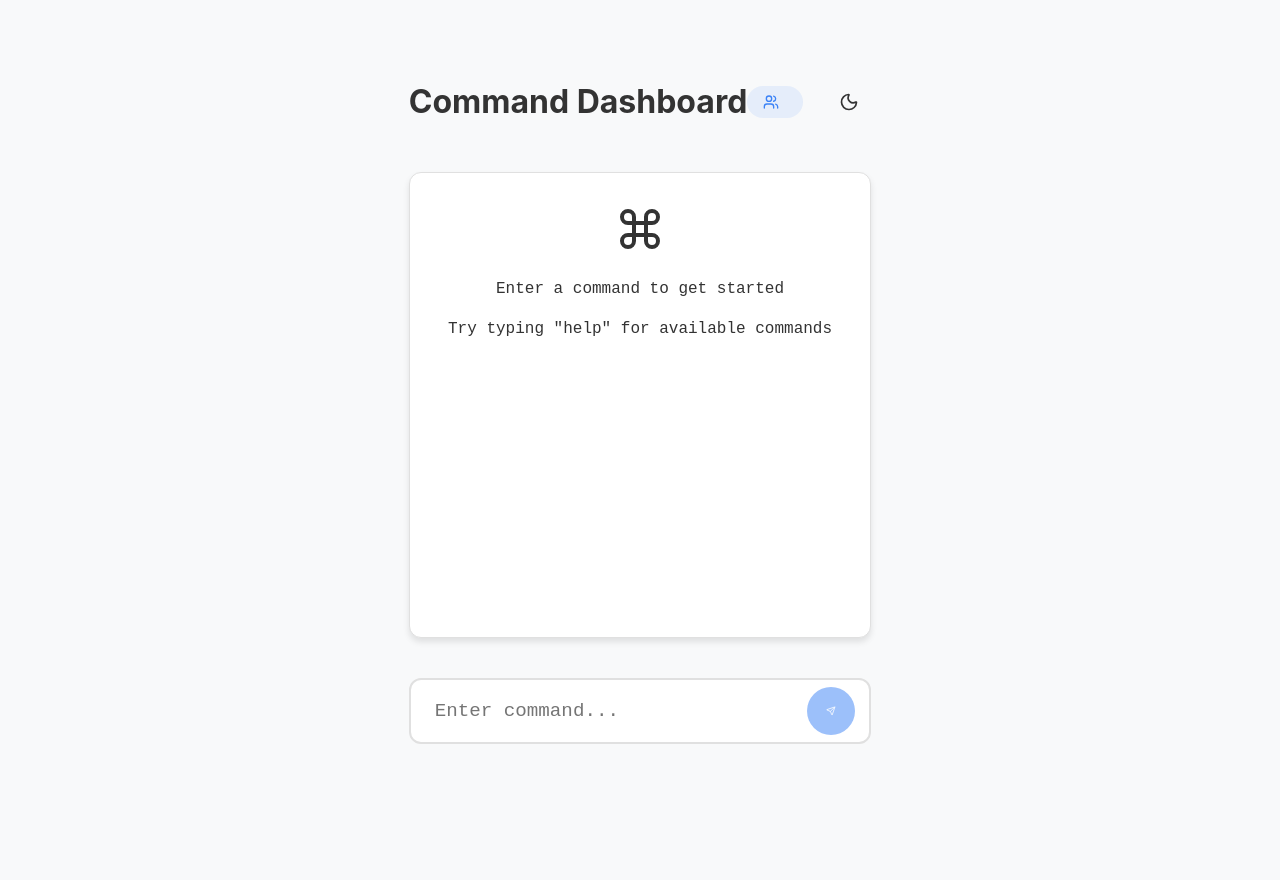
Repository: nipuntaneja05/Discord-role-bot
Page: / (app in frontend/)
An editor plug-in stored every save of this project. The page is shown before and after the next save, followed by the edit.
The browser window is 1280 px wide. The pictures show the whole page.
The project was rebuilt for these pictures with package versions that can differ from the ones it lists, and the page was loaded fresh each time. Also part of the build but not shown: frontend/vite.config.js, frontend/src/App.jsx.

Above is the page before, as saved 2025-03-12 02:51:49.

After the next save:
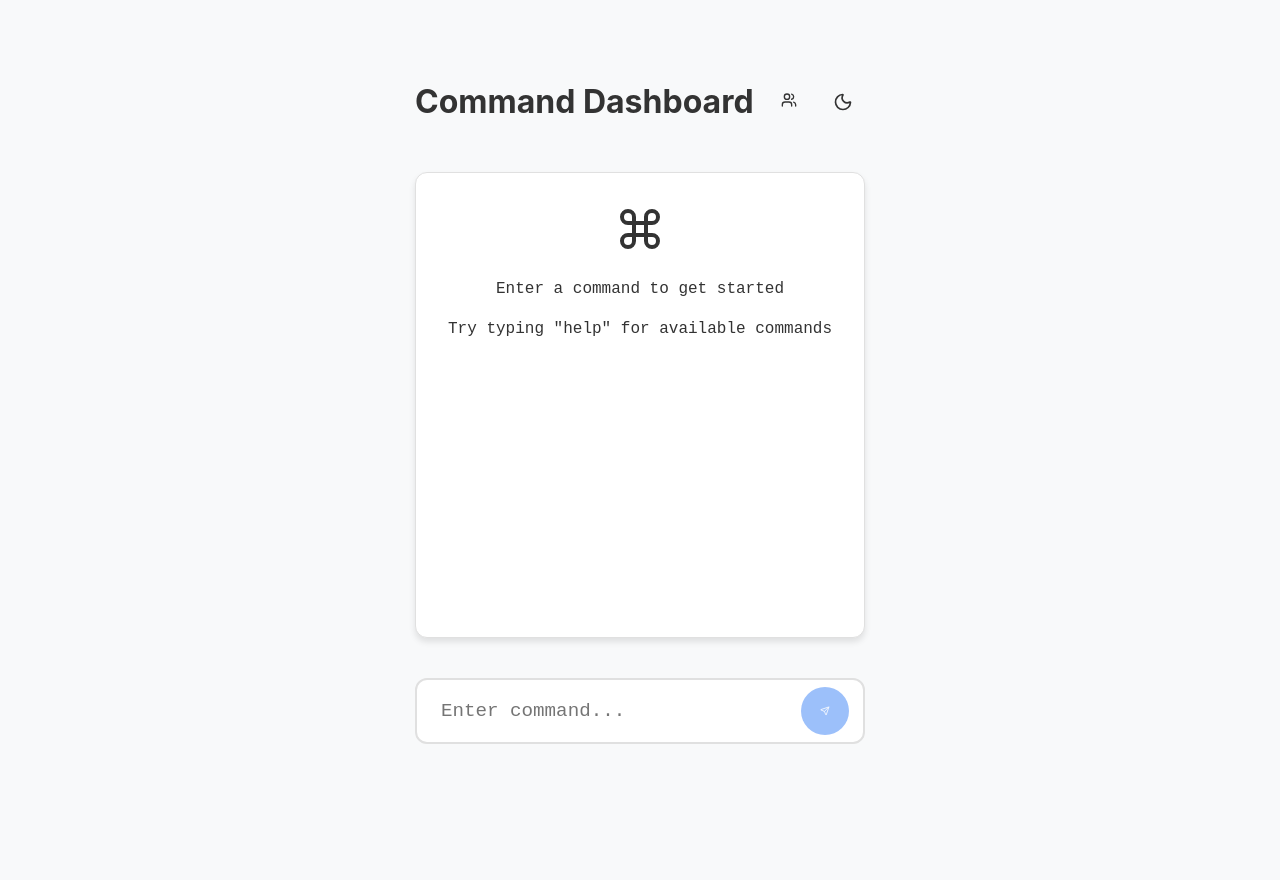
Saved 55 s later.
--- a/frontend/src/components/Dashboard.css
+++ b/frontend/src/components/Dashboard.css
@@ -68,15 +68,7 @@ body {
     justify-content: flex-end; /* Align contents to the right */
 }
 .user-counter {
-    display: flex;
-    align-items: center;
-    gap: 0.5rem; /* Space between icon and text */
-    background-color: rgba(59, 130, 246, 0.1);
-    color: var(--primary-color);
-    padding: 0.5rem 1rem; /* Smaller padding */
-    border-radius: 2rem;
-    font-size: 0.9rem; /* Smaller font size */
-    animation: pulse 2s infinite;
+
 }
 
 .user-numbers {
